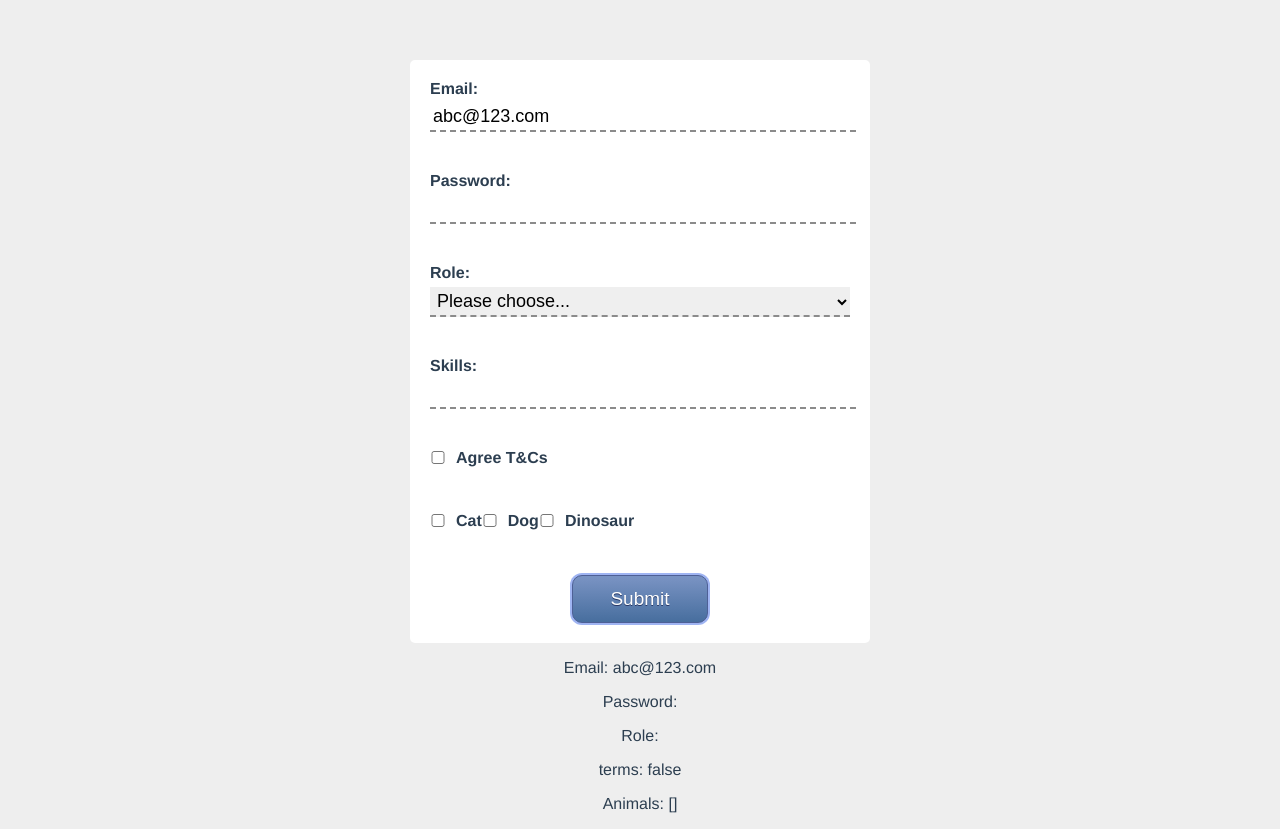
Repository: technogize/vue-forms
Page: /
These files come from the project's save history. The page is drawn as it stood at one moment and after the next save; the edit follows.
The browser window is 1280 px wide. The pictures show the whole page.
The pointer rests on the first visible `.submit-button-wrapper button`.
The project was rebuilt for these pictures with package versions that can differ from the ones it lists, and the page was loaded fresh each time.

Above is the page before, as saved 2021-03-01 14:06:43.

### src/App.vue
<template>
  <SignupForm />
</template>

<script>
import SignupForm from './components/SignupForm';

export default {
  name: 'App',
  components: {
    SignupForm
  }
}
</script>

<style>
#app {
  font-family: Avenir, Helvetica, Arial, sans-serif;
  -webkit-font-smoothing: antialiased;
  -moz-osx-font-smoothing: grayscale;
  text-align: center;
  color: #2c3e50;
  margin-top: 60px;
}

body {
  margin: 0;
  background: #eee;
}
</style>

### src/components/SignupForm.vue
<template>
  <form>
    <!--
      v-model syncs the data in the input with the data properties.
      We can set the default value of a form element by entering it
      in the data().
    -->
    <div class="field">
      <label>Email: </label>
      <input type="email" required v-model="email" />
    </div>
    <div class="field">
      <label>Password: </label>
      <input type="password" required v-model="password" />
    </div>
    <div class="field">
      <label>Role: </label>
      <select v-model="role">
        <option value="">Please choose...</option>
        <option value="Designer">Web Designer</option>
        <option value="Developer">Web Developer</option>
      </select>
    </div>

    <div class="field">
      <label>Skills: </label>

      <input type="text" required v-model="tempSkill" @keyup="addSkill" />
      <div v-for="skill in skills" class="skill-item" :key="skill" @click="removeSkill(skill)">
        {{skill}}
      </div>
    </div>

    <div class="field checkboxField">
      <input type="checkbox" required v-model="terms" />
      <label>Agree T&amp;Cs</label>
    </div>

    <div class="field checkboxField">
      <input type="checkbox" value="Cat" v-model="animal" /><label>Cat</label>
      <input type="checkbox" value="Dog" v-model="animal" /><label>Dog</label>
      <input type="checkbox" value="Dinosaur" v-model="animal" /><label>Dinosaur</label>
    </div>

    <div class="submit-button-wrapper">
      <button>Submit</button>
    </div>
  </form>

  <p>Email: {{email}}</p>
  <p>Password: {{password}}</p>
  <p>Role: {{role}} </p>
  <p>terms: {{terms}} </p>
  <p>Animals: {{animal}} </p>
</template>

<script>
export default {
  data() {
    return {
      email: 'abc@123.com', // I set the default value here
      password: '',
      role: '',
      tempSkill: '',
      terms: false, // checkbox is a boolean
      skills: [],
      animal: [] // Multiple checkboxes for this creates an array
    }
  },
  methods: {
    addSkill(e) {
      if (e.key === 'Enter' && this.tempSkill) {

        // If the skill already exists, don't add to array
        if(!this.skills.includes(this.tempSkill)) {
          this.skills.push(this.tempSkill);
        }

        this.tempSkill = '';
      }
    },
    removeSkill(skill, e) {
      this.skills = this.skills.filter((skillItem) => {
        return skill !== skillItem; // if this returns false, this item will be taken out of the array returned
      });
    }
  }
}
</script>

<style scoped>
  form {
    max-width: 420px;
    border-radius: 5px;
    background: white;
    padding: 20px;
    margin: 0 auto;
  }

  label {
    font-weight: 700;
    display: block;
    text-align: left;
    margin-bottom: 5px;
  }

  input, select {
    display: block;
    width: 100%;
    font-size: 18px;
    padding: 3px;
    border: none;
    border-bottom: 2px dashed rgb(139, 139, 139);
  }

  input:focus,
  select:focus {
    outline: none;
    border-bottom: 2px solid rgb(139, 139, 139);
  }

  input[type=checkbox] {
    display: inline-block;
    width: 16px;
    margin: 0 10px 0 0;
    position: relative;
    top: 1px;
  }

  .checkboxField label {
    display: inline-block;
    width: auto;
    text-align: left;
  }

  .field {
    text-align: left;
    margin-bottom: 40px;
  }

  .skill-item {
    display: inline-block;
    margin-top: 5px;
    margin-left: 5px;
    border-radius: 20px;
    height: 20px;
    padding: 5px 10px;
    background-color: darkgray;
    color: white;
  }
  .skill-item:hover {
    font-weight: bold;
    cursor: pointer;
  }

  .submit-button-wrapper button {
    box-shadow: 0px 0px 0px 2px #9fb4f2;
    background:linear-gradient(to bottom, #7892c2 5%, #476e9e 100%);
    background-color:#7892c2;
    border-radius:10px;
    border:1px solid #4e6096;
    display:inline-block;
    cursor:pointer;
    color:#ffffff;
    font-family:Arial;
    font-size:19px;
    padding:12px 37px;
    text-decoration:none;
    text-shadow:0px 1px 0px #283966;
  }
</style>

Loaded but not shown: public/index.html (common file); src/main.js (common file)

After the next save:
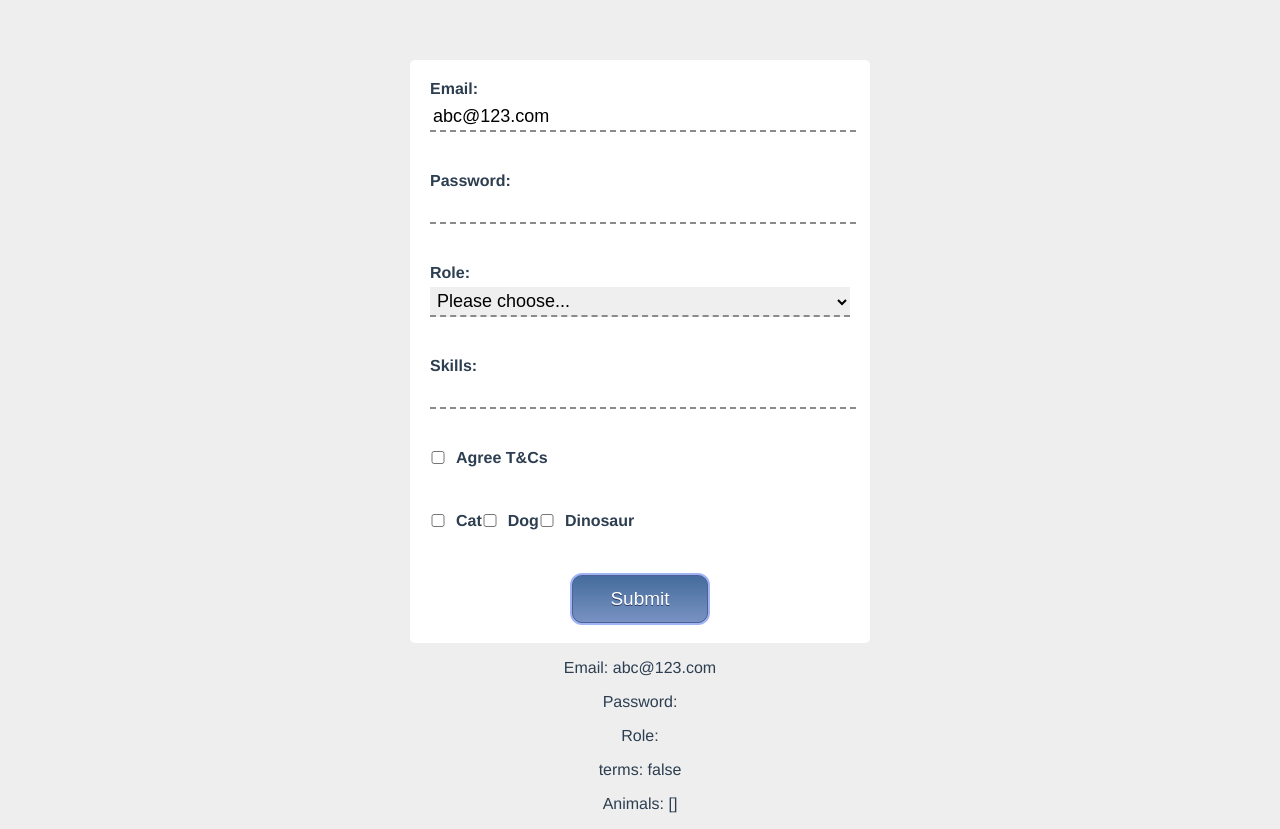
Saved 42 s later.
--- a/src/components/SignupForm.vue
+++ b/src/components/SignupForm.vue
@@ -168,4 +168,14 @@ export default {
     text-decoration:none;
     text-shadow:0px 1px 0px #283966;
   }
+
+  .submit-button-wrapper button:hover {
+    background:linear-gradient(to bottom, #476e9e 5%, #7892c2 100%);
+    background-color:#476e9e;
+  }
+
+  .submit-button-wrapper button:active {
+    position:relative;
+    top:1px;
+  }
 </style>
